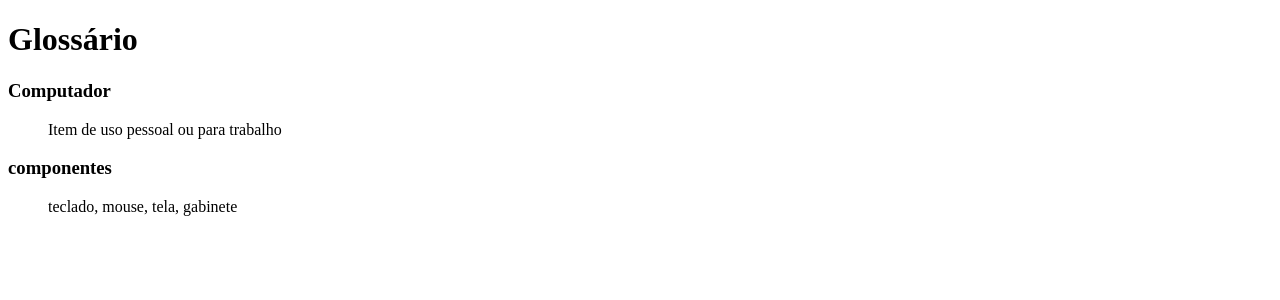
Repository: RenatoCCS/Mais1Code
Page: Rocketseat/Fundamentar/01 - O guia estelar de HTML/Desafios/1_Glossario/glossary.html
These files come from the project's save history. The page is drawn as it stood at one moment and after the next save; the edit follows.
The browser window is 1280 px wide. The pictures show the whole page.

Above is the page before, as saved 2022-04-18 20:33:14.

After the next save:
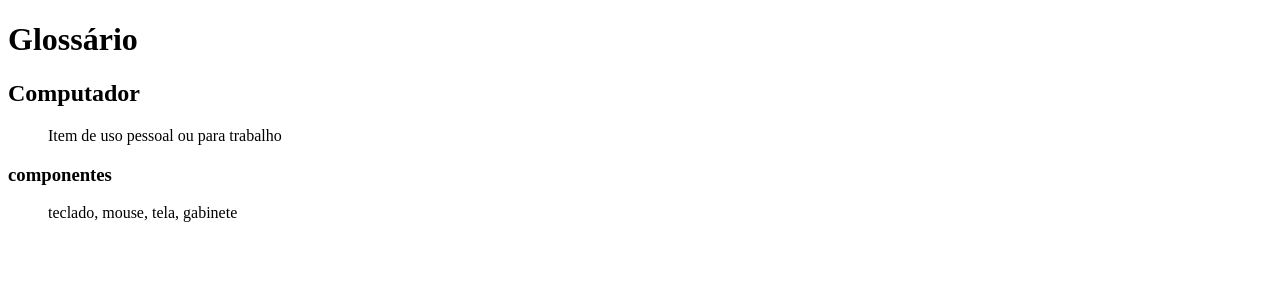
Saved 16 s later.
--- a/Rocketseat/Fundamentar/01 - O guia estelar de HTML/Desafios/1_Glossario/glossary.html
+++ b/Rocketseat/Fundamentar/01 - O guia estelar de HTML/Desafios/1_Glossario/glossary.html
@@ -10,7 +10,7 @@
 
     <h1>Glossário</h1>
 <dl>
-    <h3><dt>Computador</dt></h3>
+    <h2><dt>Computador</dt></h3>
     <dd>Item de uso pessoal ou para trabalho</dd>
 
     <h3><dt>componentes</dt></h3>
